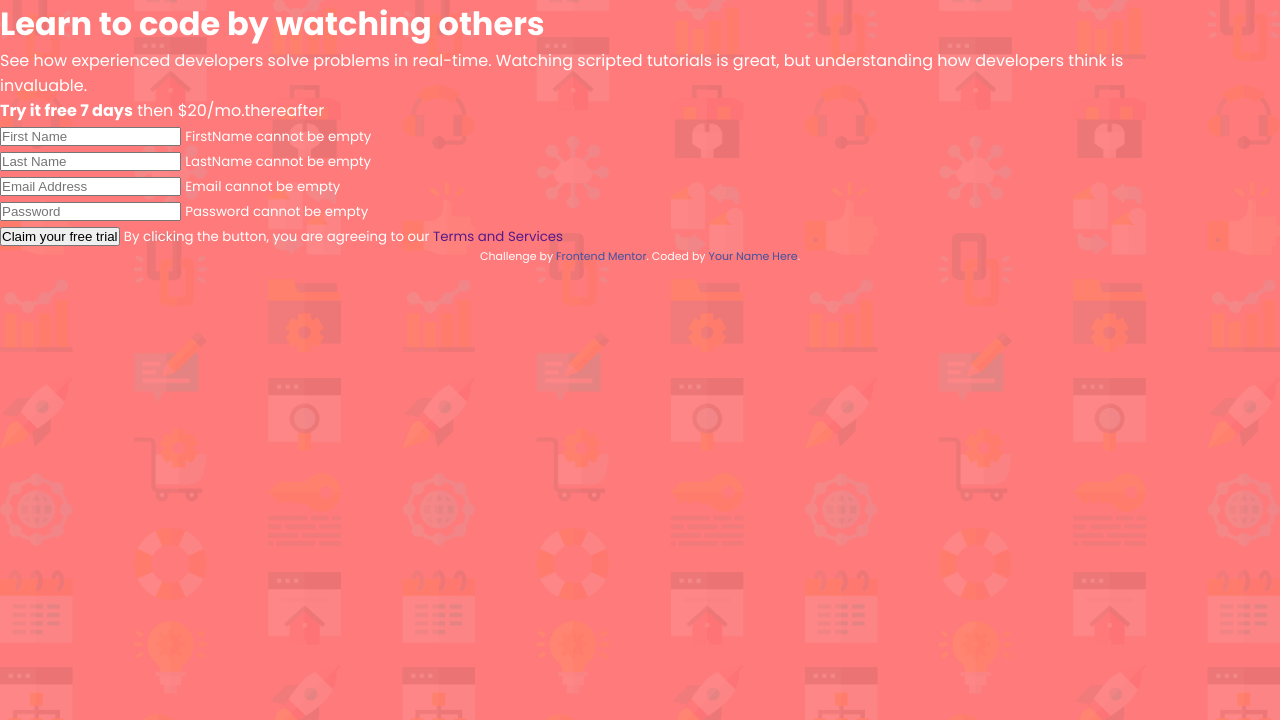
Repository: Akashiii1/WebSignup_Form_Day2
Page: index.html
These files come from the project's save history. The page is drawn as it stood at one moment and after the next save; the edit follows.
The browser window is 1280 px wide. The pictures show the whole page.

Above is the page before, as saved 2021-12-19 16:41:03.

### index.html
<!DOCTYPE html>
<html lang="en">
  <head>
    <meta charset="UTF-8" />
    <meta name="viewport" content="width=device-width, initial-scale=1.0" />
    <!-- displays site properly based on user's device -->

    <link
      rel="icon"
      type="image/png"
      sizes="32x32"
      href="./images/favicon-32x32.png"
    />

    <title>Frontend Mentor | Intro component with sign up form</title>

    <!-- Feel free to remove these styles or customise in your own stylesheet 👍 -->
    <link rel="stylesheet" href="style.css" />
    <style>
      .attribution {
        font-size: 11px;
        text-align: center;
      }

      .attribution a {
        color: hsl(228, 45%, 44%);
      }
    </style>
  </head>

  <body>
    <!--




  First Name
  Last Name
  Email Address
  Password



   -->
    <div class="container">
      <div>
        <h1>Learn to code by watching others</h1>
        <p>
          See how experienced developers solve problems in real-time. Watching
          scripted tutorials is great, but understanding how developers think is
          invaluable.
        </p>
      </div>
      <div>
        <div class="box box-blue">
          <p><strong> Try it free 7 days</strong> then $20/mo.thereafter</p>
        </div>
        <form action="" class="box">
          <div class="form-control">
            <input type="text" id="firstName" placeholder="First Name"/>
            <small>FirstName cannot be empty</small>
          </div>
          <div class="form-control">
            <input type="text" id="lastName" placeholder="Last Name"/>
            <small>LastName cannot be empty</small>
          </div>
          <div class="form-control">
            <input type="email" id="email" placeholder="Email Address"/>
            <small> Email cannot be empty </small>
            <!-- <small> Email is not valid</small> -->

          </div>
          <div class="form-control">
            <input type="password" id="passWord" placeholder="Password"/>
            <small> Password cannot be empty </small>
          </div>
          <button>Claim your free trial</button>
          <small
            >By clicking the button, you are agreeing to our
            <a href="">Terms and Services</a></small
          >
        </form>
      </div>
    </div>
    <footer>
      <p class="attribution">
        Challenge by
        <a href="https://www.frontendmentor.io?ref=challenge" target="_blank"
          >Frontend Mentor</a
        >. Coded by <a href="#">Your Name Here</a>.
      </p>
    </footer>
    <script src="app.js"></script>
  </body>
</html>

### style.css
@import url('https://fonts.googleapis.com/css2?family=Poppins:wght@400;500;600;700&display=swap');
html {
box-sizing: border-box;
font-size: 100%;
}
*{
margin: 0;
padding: 0;
}
*,*:before,*:after {
box-sizing: border-box;
}
input,
textarea,
select,
button{
outline: none;
}
input{
line-height: normal;
}
label,
button{
cursor: pointer;
}
a {
text-decoration: none;
}
img {
display: block;
max-width: 100%;
}
body{
  font-family: 'Poppins', sans-serif;
  background-image: url(images/bg-intro-desktop.png);
  background-size: cover;
  background-color: hsl(0, 100%, 74%) ;
  color: #fff;
}
.container{
  display: flex;
  flex-wrap: wrap;
  max-width: 1200px;
}

Loaded but not shown: app.js (no stored copy; drawn as an empty file)

After the next save:
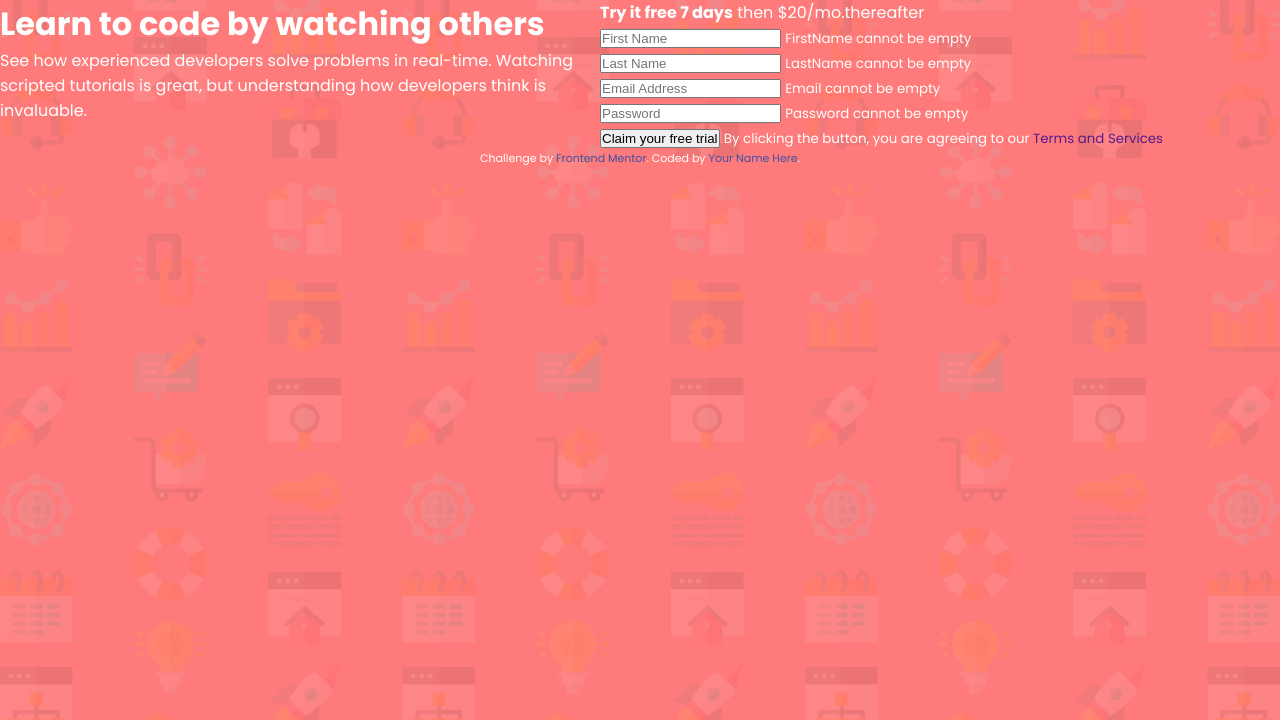
Saved 66 s later.
--- a/style.css
+++ b/style.css
@@ -42,3 +42,6 @@ body{
   flex-wrap: wrap;
   max-width: 1200px;
 }
+.container > div{
+  flex: 1;
+}
